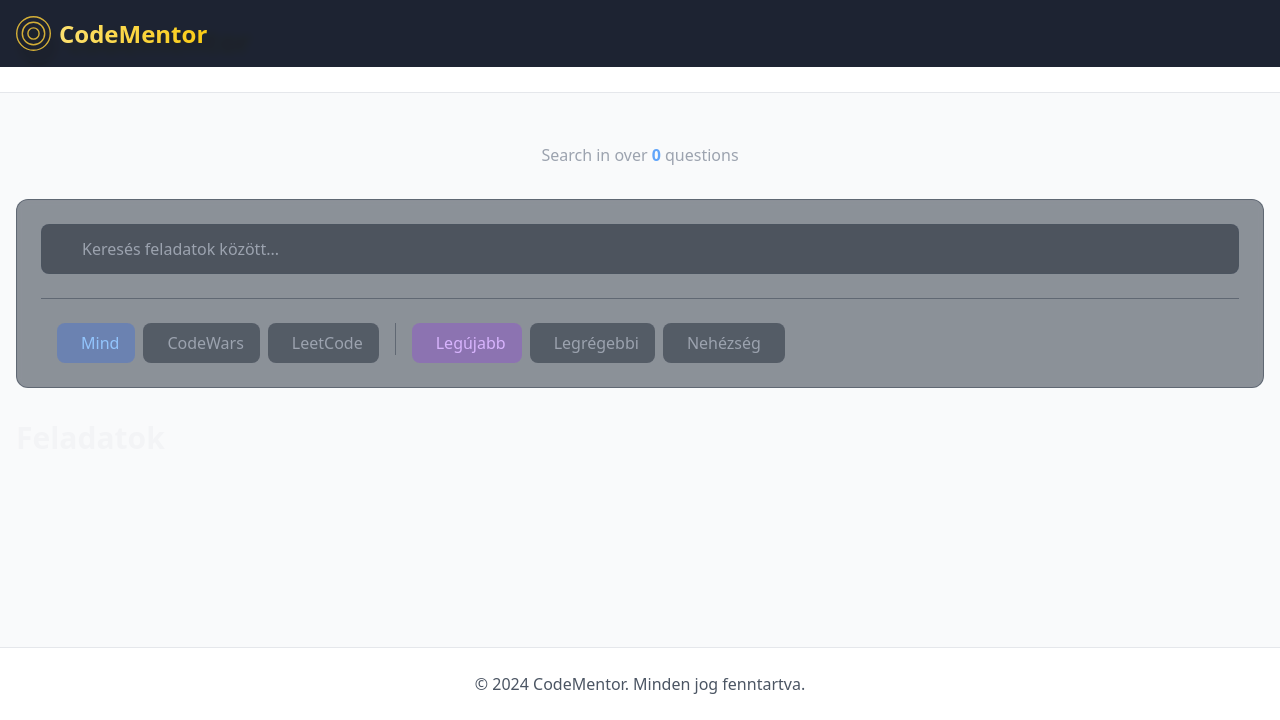
Repository: samyborsos/python-feladatgyujtemeny
Page: http://localhost/questions
These files come from the project's save history. The page is drawn as it stood at one moment and after the next save; the edit follows.
The browser window is 1280 px wide. The pictures show the whole page.
The page is served by the project's Laravel application, run on PHP 8.4 with Laravel 12. Other server files are loaded and not shown. Style sheets and scripts are compiled from the project's sources, by tool versions that may differ from the author's. Queries for data that is not in the repository find no rows.

Above is the page before, as saved 2025-02-16 22:17:22.

### routes/web.php
<?php

use Illuminate\Support\Facades\Route;
use App\Http\Controllers\QuestionController;
use Illuminate\Http\Request;
use Illuminate\Support\Facades\Http;

Route::get('/', function () {
    return view('welcome');
});

Route::get('/questions', [QuestionController::class, 'index'])->name('questions.index');
Route::get('/questions/{question}', [QuestionController::class, 'show'])->name('questions.show');
Route::post('/questions/{question}/verify', [QuestionController::class, 'verify'])->name('questions.verify');



Route::get('/leetcode', function () {
    // Set the API URL
    $url = 'https://alfa-leetcode-api.onrender.com/problems';

    // Make the HTTP GET request
    $response = Http::get($url);

    // Check if the request was successful
    if ($response->successful()) {
        $data = $response->json();

        // Transform the data to match the specified structure
        $formattedResponse = [
            'count' => count($data['problemsetQuestionList']),
            'problemsetQuestionList' => array_map(function($question) {
                return [
                    'acRate' => $question['acRate'],
                    'difficulty' => $question['difficulty'],
                    'freqBar' => $question['freqBar'],
                    'questionFrontendId' => $question['questionFrontendId'],
                    'isFavor' => $question['isFavor'],
                    'isPaidOnly' => $question['isPaidOnly'],
                    'status' => $question['status'],
                    'title' => $question['title'],
                    'titleSlug' => $question['titleSlug'],
                    'topicTags' => array_map(function($tag) {
                        return [
                            'name' => $tag['name'],
                            'id' => $tag['id'],
                            'slug' => $tag['slug'],
                        ];
                    }, $question['topicTags']),
                    'hasSolution' => $question['hasSolution'],
                    'hasVideoSolution' => $question['hasVideoSolution'],
                ];
            }, $data['problemsetQuestionList']),
        ];

        // Return the formatted JSON data
        return response()->json($formattedResponse);
    } else {
        return response()->json(['message' => 'Failed to fetch data from API.'], 500);
    }
});

### app/Http/Controllers/QuestionController.php
<?php

namespace App\Http\Controllers;

use App\Models\Question;
use Illuminate\Http\Request;
use Illuminate\Support\Facades\Cache;

class QuestionController extends Controller
{
    public function index(Request $request)
    {
        // Cache the total count
        $count = Cache::remember('questions_count', 3600, function () {
            return Question::count();
        });


        // Eager load any relationships you might need
        $query = Question::query()
            ->select(['id', 'title_hu', 'difficulty', 'source',])  // Select only needed fields
            ->latest();

        // Apply sorting
        match ($request->input('sort', 'newest')) {
            'newest' => $query->latest(),
            'oldest' => $query->oldest(),
            'difficulty-asc' => $query->orderBy('difficulty', 'asc'),
            'difficulty-desc' => $query->orderBy('difficulty', 'desc'),
            default => $query->latest()
        };

        // Cache the paginated results
        $cacheKey = 'questions_page_' . $request->get('page', 1) . '_' . $request->get('sort', 'newest');
        $questions = Cache::remember($cacheKey, 3600, function () use ($query) {
            return $query->paginate(30);
        });

        return view('questions.index', [
            'questions' => $questions,
            'count' => $count
        ]);
    }

    public function show(Question $question)
    {
        return view('questions.show', compact('question'));
    }

    public function verify(Request $request, Question $question)
    {
        $code = $request->input('code');

        // Here you would implement Python code execution and testing
        // For security, this should be done in a sandboxed environment
        // You might want to use Docker or a similar solution

        $results = [];
        foreach ($question->test_cases as $test) {
            // This is where you'd actually run the Python code
            // For now, we'll just return a mock result
            $results[] = [
                'input' => $test['input'],
                'expected' => $test['expected'],
                'actual' => null,
                'passed' => false
            ];
        }

        return response()->json(['results' => $results]);
    }
}

### app/Models/Question.php
<?php

namespace App\Models;

use Illuminate\Database\Eloquent\Factories\HasFactory;
use Illuminate\Database\Eloquent\Model;
use League\CommonMark\Environment\Environment;
use League\CommonMark\Extension\CommonMark\CommonMarkCoreExtension;
use League\CommonMark\Extension\GithubFlavoredMarkdownExtension;
use League\CommonMark\MarkdownConverter;
use App\Services\AITranslationService;
use Stichoza\GoogleTranslate\GoogleTranslate;

class Question extends Model
{
    use HasFactory;

    protected $fillable = [
        'title_en',
        'title_hu',
        'description_en',
        'description_hu',
        'difficulty',
        'source',
        'initial_code',
        'test_cases'
    ];

    protected $casts = [
        'test_cases' => 'array'
    ];

    public function getDescriptionHtmlAttribute()
    {
        if (is_null($this->description_en)) {
            return '';
        }

        $environment = new Environment([
            'html_input' => 'strip',
            'allow_unsafe_links' => false,
            'max_nesting_level' => 100,
        ]);

        $environment->addExtension(new CommonMarkCoreExtension());
        $environment->addExtension(new GithubFlavoredMarkdownExtension());

        $converter = new MarkdownConverter($environment);
        return $converter->convert($this->description_en);
    }

    public function getDescriptionHuAttribute($value)
    {
        // If we already have a Hungarian translation, return it
        if (!empty($value)) {
            return $value;
        }

        // If no Hungarian translation exists but we have English description
        if (!empty($this->description_en)) {
            // Translate English to Hungarian
            $translator = new GoogleTranslate();
            $translator->setSource('en');
            $translator->setTarget('hu');

            $translated = $translator->translate($this->description_en);

            // Store the Hungarian translation
            $this->update(['description_hu' => $translated]);

            return $translated;
        }

        // If we somehow have neither, return empty string
        return '';
    }

    // When setting description_hu, move it to description if description is empty
    public function setDescriptionHuAttribute($value)
    {
        $this->attributes['description_hu'] = $value;
    }
}

### resources/views/components/layout.blade.php
<!DOCTYPE html>
<html lang="{{ str_replace('_', '-', app()->getLocale()) }}" class="h-full" x-data="{ darkMode: localStorage.getItem('darkMode') ?? 'true' }"
    x-init="$watch('darkMode', val => localStorage.setItem('darkMode', val))" :class="{ 'dark': darkMode === 'true' }">

<head>
    <meta charset="utf-8">
    <meta name="viewport" content="width=device-width, initial-scale=1">
    <title>{{ config('app.name', 'Laravel') }}</title>

    <!-- Favicon -->
    <link rel="icon" type="image/svg+xml" href="{{ asset('codementor_favicon.svg') }}">
    <link rel="alternate icon" href="{{ asset('favicon.ico') }}">
    <link rel="mask-icon" href="{{ asset('favicon.svg') }}" color="#000000">

    <script defer src="https://unpkg.com/alpinejs@3.x.x/dist/cdn.min.js"></script>
    @vite(['resources/css/app.css', 'resources/js/app.js'])
</head>

<body class="h-full flex flex-col transition-colors duration-200
             bg-gray-50 text-gray-900 dark:bg-gray-900 dark:text-gray-100">
    <!-- Header -->
    <header class="bg-white dark:bg-gray-800 border-b border-gray-200 dark:border-gray-700">
        <nav class="mx-auto container px-1 sm:px-2 lg:px-2 py-4">
            <div class="flex justify-between items-center">
                <a href="/" class="text-2xl font-bold text-blue-600 dark:text-blue-400 hover:text-blue-500 dark:hover:text-blue-300">
                    <div class="flex justify-center items-center">
                        <div class="flex items-center">
                            <!-- Circular SVG Logo -->
                            <svg width="60" height="60" viewBox="0 0 100 100" fill="none" xmlns="http://www.w3.org/2000/svg">
                                <circle cx="50" cy="50" r="30" stroke="#D4AF37" stroke-width="5" fill="none" />
                                <circle cx="50" cy="50" r="20" stroke="#D4AF37" stroke-width="5" fill="none" />
                                <circle cx="50" cy="50" r="10" stroke="#D4AF37" stroke-width="5" fill="none" />
                            </svg>

                            <!-- Text Logo with Tailwind adjustments -->
                            <span class="text-3xl font-bold text-[#FFD700] flex items-center -mt-2">codementor</span>
                        </div>
                    </div>
                </a>
               {{--  <div class="flex items-center gap-4">
                    <button @click="darkMode = (darkMode === 'true' ? 'false' : 'true')"
                        class="p-2 rounded-lg hover:bg-gray-100 dark:hover:bg-gray-700 transition-colors">
                        <!-- Sun icon -->
                        <svg x-show="darkMode === 'true'" class="w-6 h-6 text-yellow-400" fill="none"
                            viewBox="0 0 24 24" stroke="currentColor">
                            <path stroke-linecap="round" stroke-linejoin="round" stroke-width="2"
                                d="M12 3v1m0 16v1m9-9h-1M4 12H3m15.364 6.364l-.707-.707M6.343 6.343l-.707-.707m12.728 0l-.707.707M6.343 17.657l-.707.707M16 12a4 4 0 11-8 0 4 4 0 018 0z" />
                        </svg>
                        <!-- Moon icon -->
                        <svg x-show="darkMode === 'false'" class="w-6 h-6 text-gray-600" fill="none" viewBox="0 0 24 24"
                            stroke="currentColor">
                            <path stroke-linecap="round" stroke-linejoin="round" stroke-width="2"
                                d="M20.354 15.354A9 9 0 018.646 3.646 9.003 9.003 0 0012 21a9.003 9.003 0 008.354-5.646z" />
                        </svg>
                    </button>
                </div> --}}
            </div>
        </nav>
    </header>

    <!-- Main content -->
    <main class="flex-1">
        {{ $slot }}
    </main>

    <!-- Footer -->
    <footer class="bg-white dark:bg-gray-800 border-t border-gray-200 dark:border-gray-700 mt-8">
        <div class="mx-auto max-w-7xl px-4 sm:px-6 lg:px-8 py-6">
            <p class="text-center text-gray-600 dark:text-gray-400">
                © 2024 CodeMentor. Minden jog fenntartva.
            </p>
        </div>
    </footer>
</body>

</html>

Loaded but not shown: app/Http/Controllers/Controller.php (common file); resources/css/app.css (common file); tailwind.config.js (22 lines, source omitted); resources/views/questions/index.blade.php (390 lines, source omitted)

After the next save:
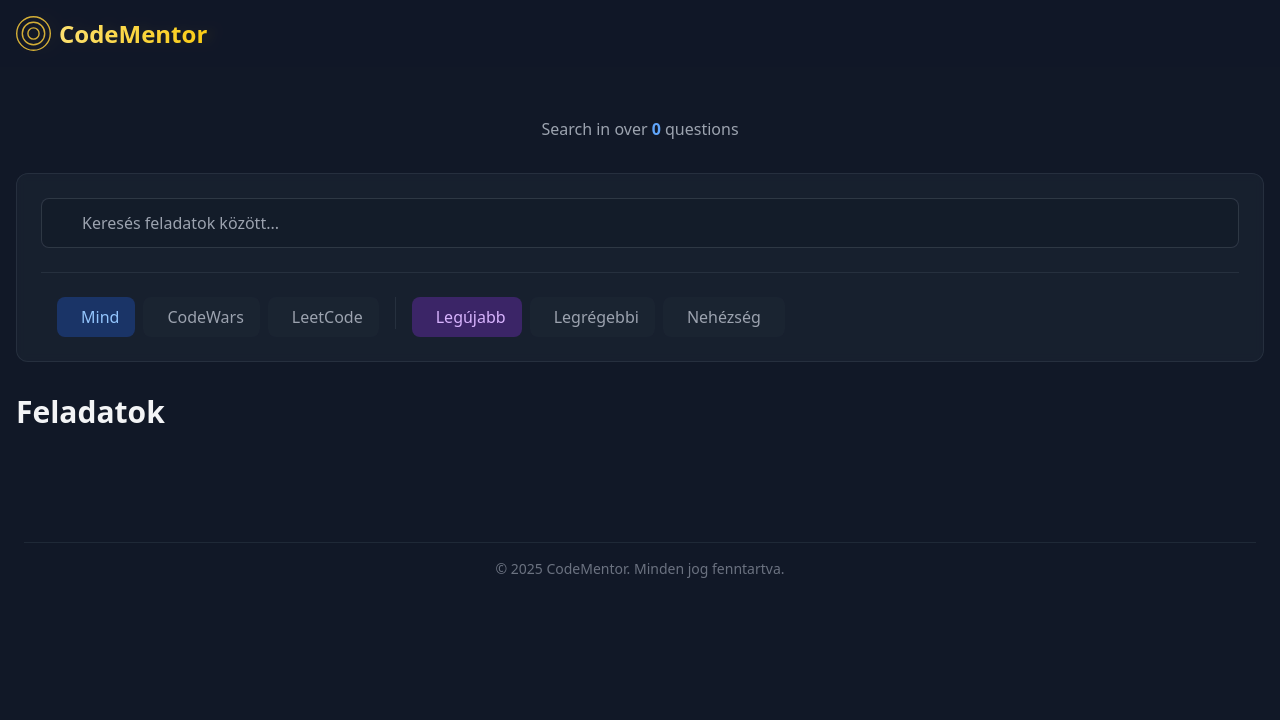
Saved 37 min 40 s later.
--- a/resources/views/components/layout.blade.php
+++ b/resources/views/components/layout.blade.php
@@ -1,5 +1,6 @@
 <!DOCTYPE html>
-<html lang="{{ str_replace('_', '-', app()->getLocale()) }}" class="h-full" x-data="{ darkMode: localStorage.getItem('darkMode') ?? 'true' }"
+<html lang="{{ str_replace('_', '-', app()->getLocale()) }}" class="h-full"
+    x-data="{ darkMode: localStorage.getItem('darkMode') ?? 'true' }"
     x-init="$watch('darkMode', val => localStorage.setItem('darkMode', val))" :class="{ 'dark': darkMode === 'true' }">
 
 <head>
@@ -8,67 +9,63 @@
     <title>{{ config('app.name', 'Laravel') }}</title>
 
     <!-- Favicon -->
-    <link rel="icon" type="image/svg+xml" href="{{ asset('codementor_favicon.svg') }}">
+    <link rel="icon" type="image/svg+xml" href="{{ asset('favicon.svg') }}">
     <link rel="alternate icon" href="{{ asset('favicon.ico') }}">
-    <link rel="mask-icon" href="{{ asset('favicon.svg') }}" color="#000000">
+    <link rel="mask-icon" href="{{ asset('codementor_favicon.svg') }}" color="#000000">
 
     <script defer src="https://unpkg.com/alpinejs@3.x.x/dist/cdn.min.js"></script>
     @vite(['resources/css/app.css', 'resources/js/app.js'])
 </head>
 
-<body class="h-full flex flex-col transition-colors duration-200
-             bg-gray-50 text-gray-900 dark:bg-gray-900 dark:text-gray-100">
+<body class="min-h-screen bg-gray-900 text-gray-100">
     <!-- Header -->
-    <header class="bg-white dark:bg-gray-800 border-b border-gray-200 dark:border-gray-700">
-        <nav class="mx-auto container px-1 sm:px-2 lg:px-2 py-4">
-            <div class="flex justify-between items-center">
-                <a href="/" class="text-2xl font-bold text-blue-600 dark:text-blue-400 hover:text-blue-500 dark:hover:text-blue-300">
-                    <div class="flex justify-center items-center">
-                        <div class="flex items-center">
-                            <!-- Circular SVG Logo -->
-                            <svg width="60" height="60" viewBox="0 0 100 100" fill="none" xmlns="http://www.w3.org/2000/svg">
-                                <circle cx="50" cy="50" r="30" stroke="#D4AF37" stroke-width="5" fill="none" />
-                                <circle cx="50" cy="50" r="20" stroke="#D4AF37" stroke-width="5" fill="none" />
-                                <circle cx="50" cy="50" r="10" stroke="#D4AF37" stroke-width="5" fill="none" />
-                            </svg>
+    <header class="relative z-10">
+        <nav class="mx-auto container px-6 py-4">
+            <div class="flex items-center justify-between">
+                <a href="/"
+                    class="flex items-center gap-2 text-2xl font-bold text-transparent bg-clip-text bg-gradient-to-r from-amber-200 to-yellow-400">
+                    <svg width="35" height="35" viewBox="0 0 100 100" fill="none" xmlns="http://www.w3.org/2000/svg">
+                        <circle cx="50" cy="50" r="48" stroke="#D4AF37" stroke-width="4" fill="none"/>
+                        <circle cx="50" cy="50" r="32" stroke="#D4AF37" stroke-width="4" fill="none"/>
+                        <circle cx="50" cy="50" r="16" stroke="#D4AF37" stroke-width="4" fill="none"/>
+                      </svg>
 
-                            <!-- Text Logo with Tailwind adjustments -->
-                            <span class="text-3xl font-bold text-[#FFD700] flex items-center -mt-2">codementor</span>
-                        </div>
-                    </div>
+                    CodeMentor
                 </a>
-               {{--  <div class="flex items-center gap-4">
-                    <button @click="darkMode = (darkMode === 'true' ? 'false' : 'true')"
-                        class="p-2 rounded-lg hover:bg-gray-100 dark:hover:bg-gray-700 transition-colors">
-                        <!-- Sun icon -->
-                        <svg x-show="darkMode === 'true'" class="w-6 h-6 text-yellow-400" fill="none"
-                            viewBox="0 0 24 24" stroke="currentColor">
-                            <path stroke-linecap="round" stroke-linejoin="round" stroke-width="2"
-                                d="M12 3v1m0 16v1m9-9h-1M4 12H3m15.364 6.364l-.707-.707M6.343 6.343l-.707-.707m12.728 0l-.707.707M6.343 17.657l-.707.707M16 12a4 4 0 11-8 0 4 4 0 018 0z" />
-                        </svg>
-                        <!-- Moon icon -->
-                        <svg x-show="darkMode === 'false'" class="w-6 h-6 text-gray-600" fill="none" viewBox="0 0 24 24"
-                            stroke="currentColor">
-                            <path stroke-linecap="round" stroke-linejoin="round" stroke-width="2"
-                                d="M20.354 15.354A9 9 0 018.646 3.646 9.003 9.003 0 0012 21a9.003 9.003 0 008.354-5.646z" />
-                        </svg>
-                    </button>
-                </div> --}}
+
+                <div class="flex items-center gap-4">
+                    @auth
+                    <a href="{{ route('questions.index') }}"
+                        class="text-gray-300 hover:text-amber-300 transition">Feladatok</a>
+                    <form method="POST" action="{{ route('logout') }}" class="inline">
+                        @csrf
+                        <button type="submit" class="text-gray-300 hover:text-amber-300 transition">
+                            Kijelentkezés
+                        </button>
+                    </form>
+                    @else
+                    {{-- <a href="{{ route('login') }}"
+                        class="text-gray-300 hover:text-amber-300 transition">Bejelentkezés</a>
+                    <a href="{{ route('register') }}"
+                        class="text-gray-300 hover:text-amber-300 transition">Regisztráció</a> --}}
+                    @endauth
+                </div>
             </div>
         </nav>
     </header>
 
-    <!-- Main content -->
-    <main class="flex-1">
+    <main>
         {{ $slot }}
     </main>
 
     <!-- Footer -->
-    <footer class="bg-white dark:bg-gray-800 border-t border-gray-200 dark:border-gray-700 mt-8">
-        <div class="mx-auto max-w-7xl px-4 sm:px-6 lg:px-8 py-6">
-            <p class="text-center text-gray-600 dark:text-gray-400">
-                © 2024 CodeMentor. Minden jog fenntartva.
-            </p>
+    <footer class="relative z-10 mt-auto">
+        <div class="mx-auto max-w-7xl px-6 py-4">
+            <div class="border-t border-gray-800 pt-4">
+                <p class="text-center text-sm text-gray-500">
+                    © {{ date('Y') }} CodeMentor. Minden jog fenntartva.
+                </p>
+            </div>
         </div>
     </footer>
 </body>
